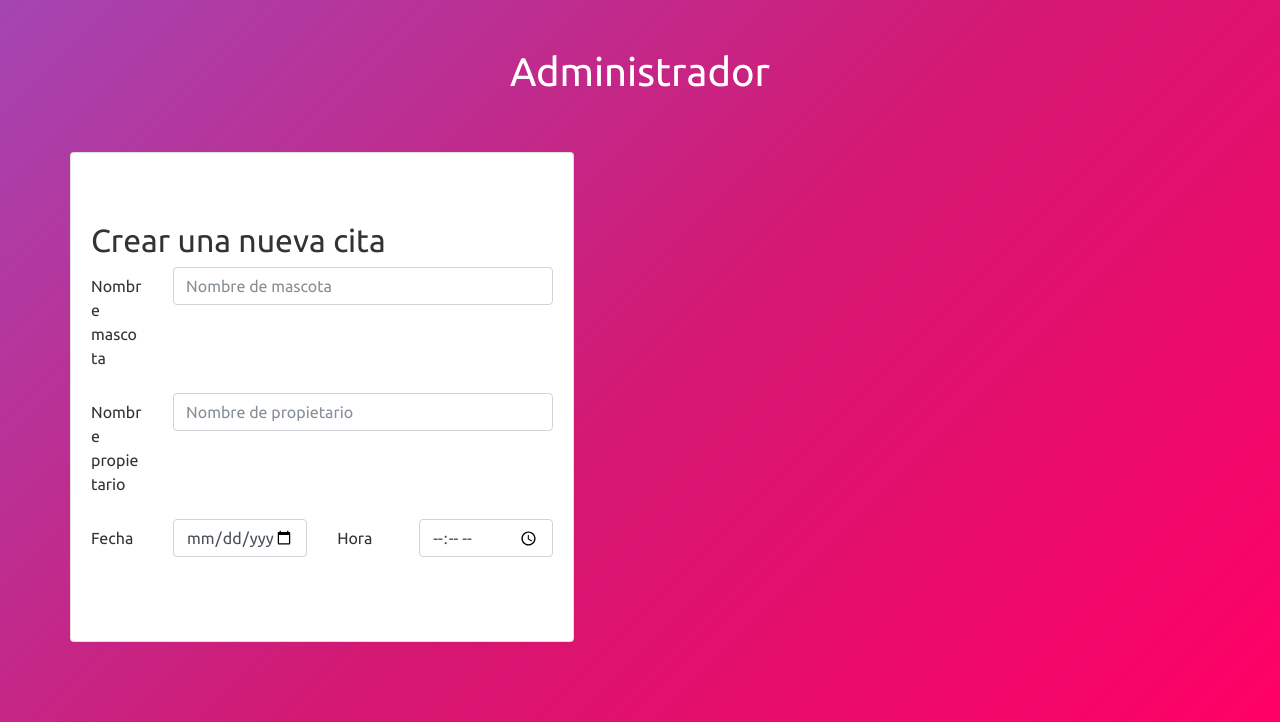
Repository: harrycampaz/react-veterinario-form
Page: /
The author's editor kept a copy of each file at every save. The page is drawn from the files as they stood at one save, then again after the next save.
The browser window is 1280 px wide. The pictures show the whole page.
The project was rebuilt for these pictures with package versions that can differ from the ones it lists, and the page was loaded fresh each time.

Above is the page before, as saved 2020-01-16 14:24:11.

After the next save:
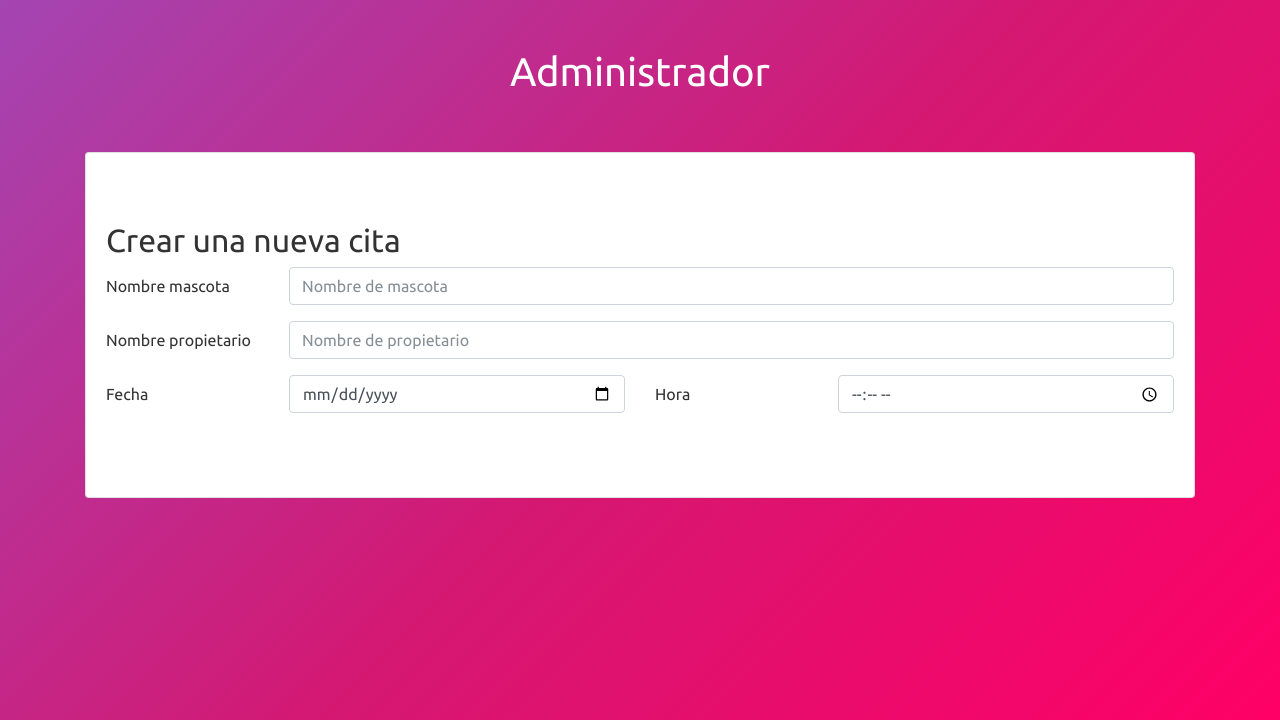
Saved 5 s later.
--- a/src/App.js
+++ b/src/App.js
@@ -10,7 +10,7 @@ class App extends Component {
       <div className="container">
         <Header titulo="Administrador" />
         <div className="row">
-          <div className="">
+          <div className="col-md-12 max-auto">
             <NuevaCita />
           </div>
         </div>
